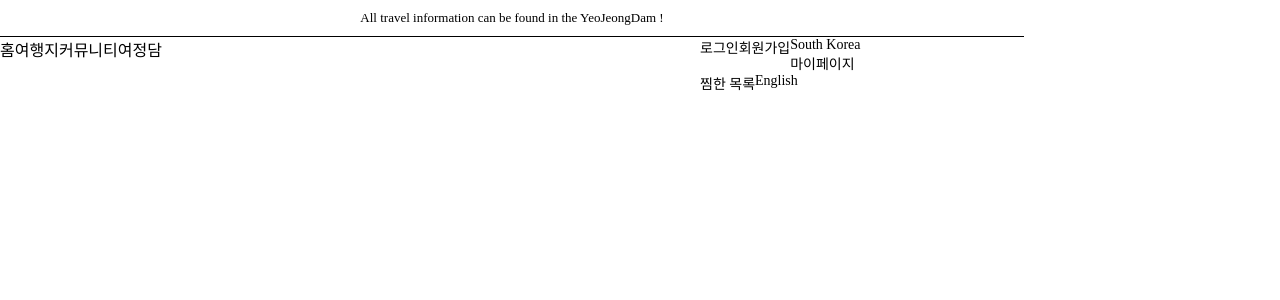
Repository: gaeunlee95/semi
Page: http://localhost/semi/main.jsp
An editor plug-in stored every save of this project. The page is shown before and after the next save, followed by the edit.
The browser window is 1280 px wide. The pictures show the whole page.
The page is served by Tomcat 9.

Above is the page before, as saved 2023-12-06 08:46:41.

After the next save:
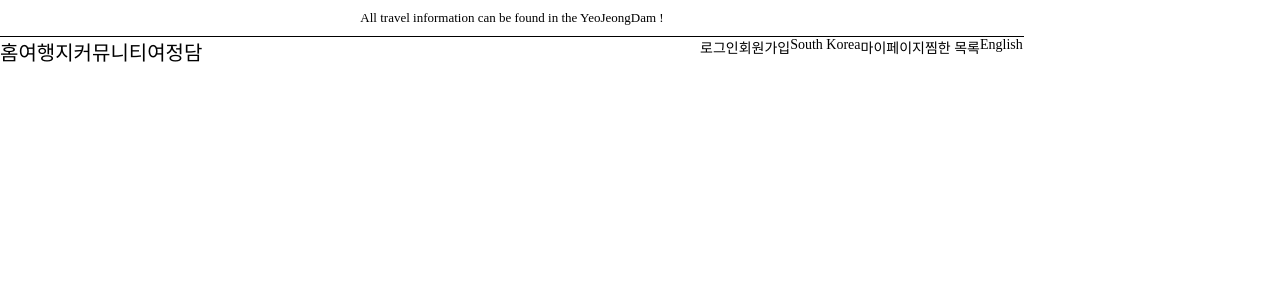
Saved 11 s later.
--- a/semi/src/main/webapp/resources/css/style.css
+++ b/semi/src/main/webapp/resources/css/style.css
@@ -31,10 +31,10 @@ header #menu ul li{
 }
 header #mainMenu{
 	width: 700px;
-};
+}
 header #mainMenu li{
 	font-size: 20px;
-};
+}
 header #sideMenu{
 	width: 324px;
 }
